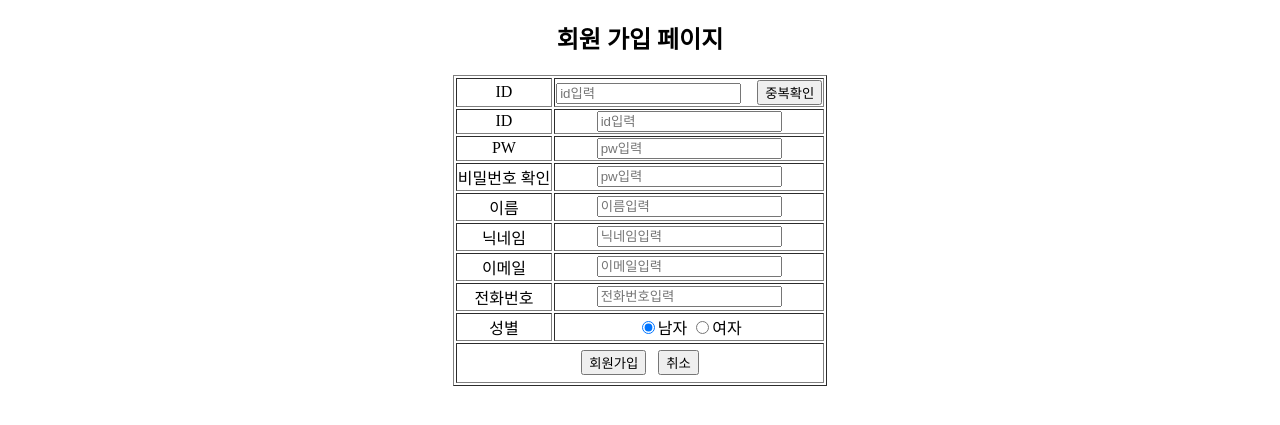
Repository: Served01/Project2_2209
Page: http://localhost/bookReviewProgram/mbinsertform.jsp
An editor plug-in stored every save of this project. The page is shown before and after the next save, followed by the edit.
The browser window is 1280 px wide. The pictures show the whole page.
The page is served by Tomcat 9.

Above is the page before, as saved 2022-09-29 06:53:20.

After the next save:
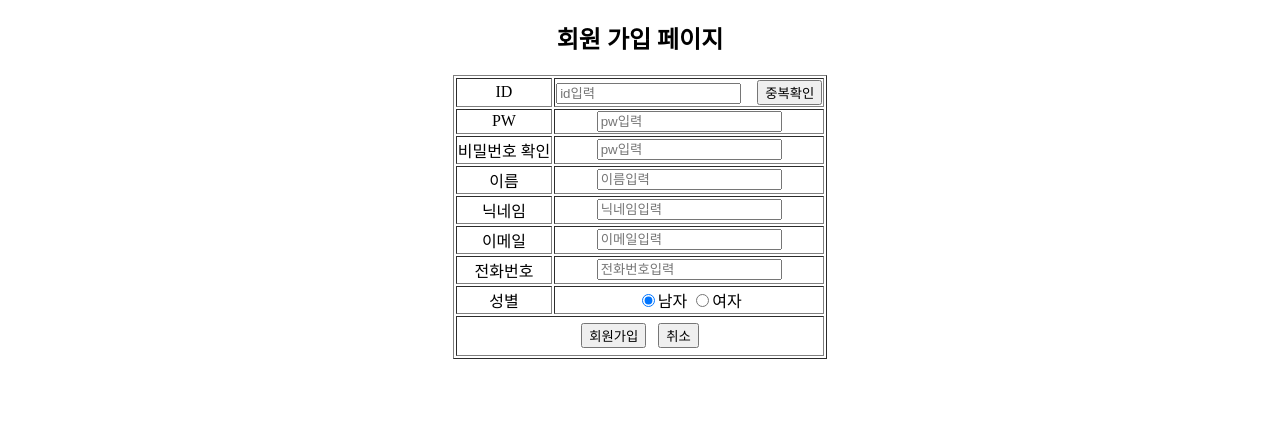
Saved 2 min 23 s later.
--- a/bookReviewProgram/src/main/webapp/mbinsertform.jsp
+++ b/bookReviewProgram/src/main/webapp/mbinsertform.jsp
@@ -19,15 +19,11 @@
 
 <form action = "mbInsertform2.jsp" method = "post">
 	<table border = "1">
-	<tr align = "center">
-		<td>ID</td>
-		<td><input type="text" name="mb_id" placeholder="id입력" required />
-			&nbsp;&nbsp;
-			<button type="submit">중복확인</button></td>
-	</tr>
 		<tr align = "center">
 			<td>ID</td>
-			<td><input type = "text" name = "mb_id" placeholder="id입력"  /></td>
+			<td><input type="text" name="mb_id" placeholder="id입력" required />
+				&nbsp;&nbsp;
+				<button type="submit">중복확인</button></td>
 		</tr>
 		<tr align = "center">
 			<td>PW</td>
